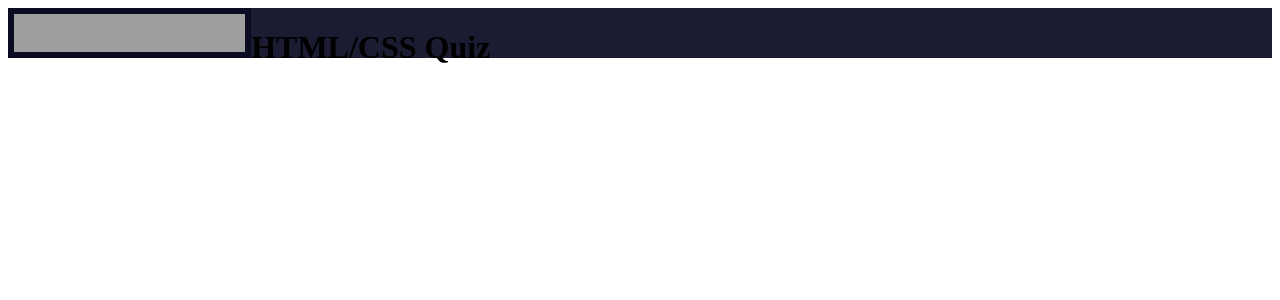
Repository: Lungdjos/accessibility_build_quiz
Page: index.html
The author's editor kept a copy of each file at every save. The page is drawn from the files as they stood at one save, then again after the next save.
The browser window is 1280 px wide. The pictures show the whole page.
Pictures or frames that could not be fetched are drawn as grey boxes.

Above is the page before, as saved 2023-10-28 04:01:13.

After the next save:
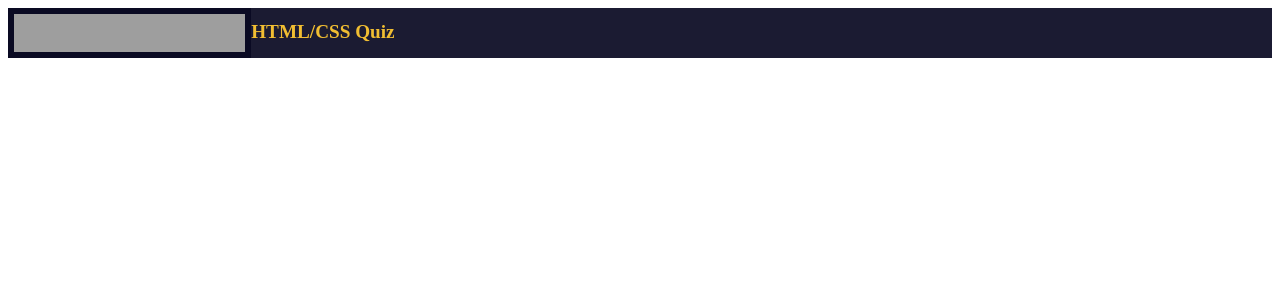
Saved 100 s later.
--- a/styles.css
+++ b/styles.css
@@ -11,3 +11,8 @@ header {
     height: 50px;
     width: 100%;
 }
+
+h1 {
+    color: #f1be32;
+    font-size: min(5vw, 1.2em);
+}
